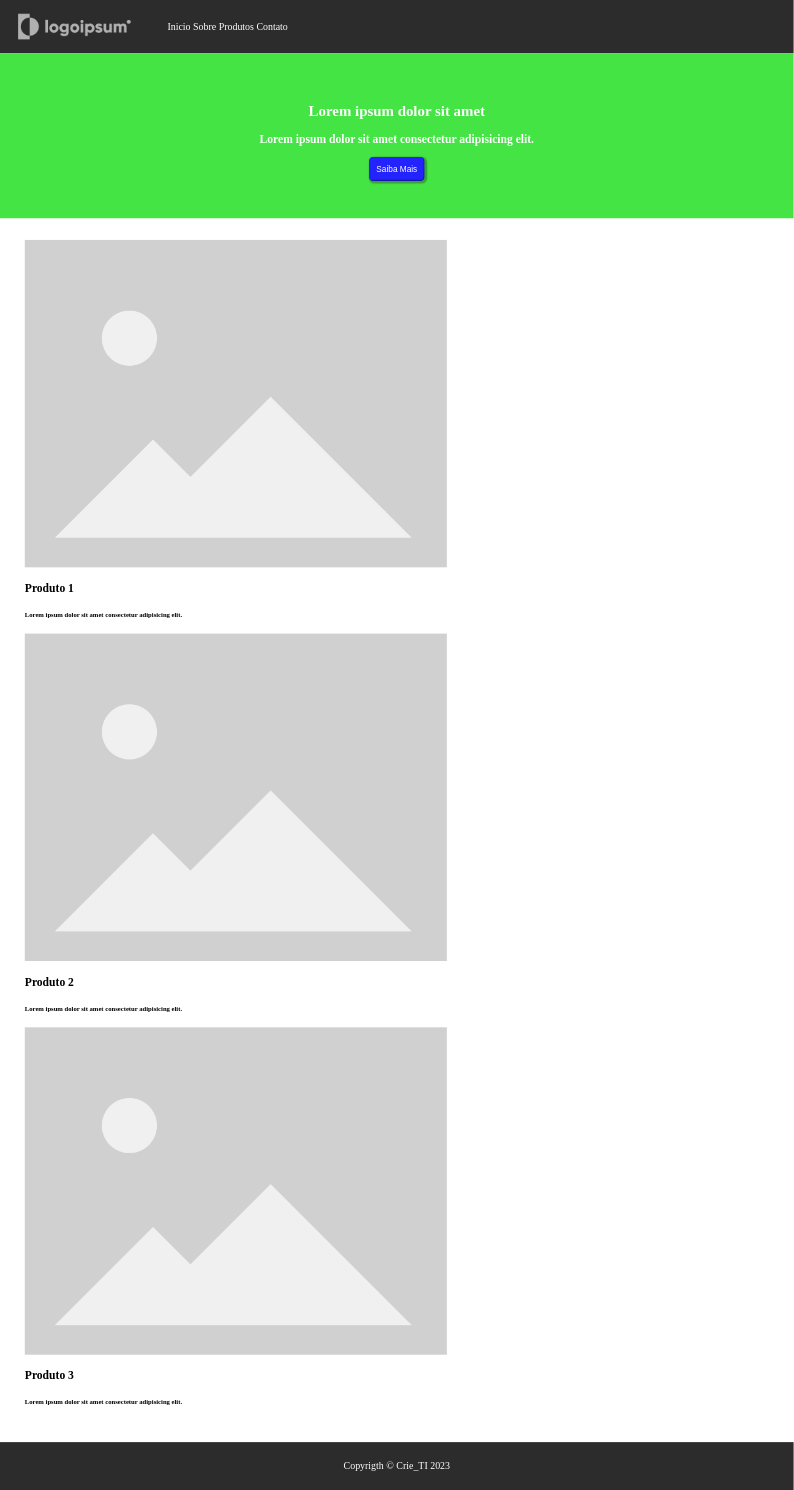
Repository: robsonwssantos/Projeto_Olaria
Page: Exercicios/ex.01/index.html
An editor plug-in stored every save of this project. The page is shown before and after the next save, followed by the edit.
The browser window is 1280 px wide. The pictures show the whole page, at 62% of full size.

Above is the page before, as saved 2023-04-21 11:10:37.

### Exercicios/ex.01/index.html
<!DOCTYPE html>
<html lang="pt-BR">
<head>
    <meta charset="UTF-8">
    <meta http-equiv="X-UA-Compatible" content="IE=edge">
    <meta name="viewport" content="width=device-width, initial-scale=1.0">
    <title>Desafio HTML-CSS</title>

    <style>
        body {
            margin: 0;
        }

        nav {
            color: #fff;
            background-color: rgb(44, 44, 44);
        }

        .lorem {
            color: #fff;
            background-color: rgb(68, 228, 68);
            text-align: center;
            padding: 60px 60px 60px 60px;
        }

        .botao {
            color: #fff;
            background-color: rgb(35, 35, 255);
            border-color: rgb(35, 35, 255);
            border-radius: 7px;
            padding: 10px 10px 10px 10px;
            box-shadow: 2px 2px 2px 2px rgba(19, 18, 18, 0.315);
        }


        header {
            display: flex;
            align-items: center;
            background-color: rgb(44, 44, 44);
            color: #fff;
            padding-left: 20px;
            padding-right: 20px;
            box-sizing: border-box;
          /*  width: 100%;
            position: absolute;
            position: fixed;
            top: 0; */
        }

        header img {
            width: 200px;
            margin-right: 50px;
        }
        .container {

                padding-top:35px;
                padding-bottom: 35px;
                padding-left: 40px;
                padding-right: 40px;
        }


        footer {
            text-align: center;
            padding-top: 30px;
            padding-bottom: 30px;
            background-color: rgb(44, 44, 44);
            color: #fff;
        }

    </style>

</head>
<body>
    <header>

        <img src="logo.png" alt="">
        <nav>
            <a>Inicio</a>
            <a>Sobre</a>
            <a>Produtos</a>
            <a>Contato</a>
        </nav>

    </header>
   <main>
        <section class="lorem">
            <div>
                <h1>Lorem ipsum dolor sit amet</h1>
                <h3>Lorem ipsum dolor sit amet consectetur adipisicing elit.</h3>
                <button class="botao">Saiba Mais</button>
            </div>
        </section>

        <section class="container" class="row">
            <div class="colum">
                <img src="placeholder.png" alt="">
                <h3>Produto 1</h3>
                <h6>Lorem ipsum dolor sit amet consectetur adipisicing elit.</h6>
            </div>
            <div class="colum">
                <img src="placeholder.png" alt="">
                <h3>Produto 2</h3>
                <h6>Lorem ipsum dolor sit amet consectetur adipisicing elit.</h6>
            </div>
            <div class="colum">
                <img src="placeholder.png" alt="">
                <h3>Produto 3</h3>
                <h6>Lorem ipsum dolor sit amet consectetur adipisicing elit.</h6>
            </div>
        </section>
   </main>

    <footer>
        Copyrigth © Crie_TI 2023
    </footer>
</body>
</html>

After the next save:
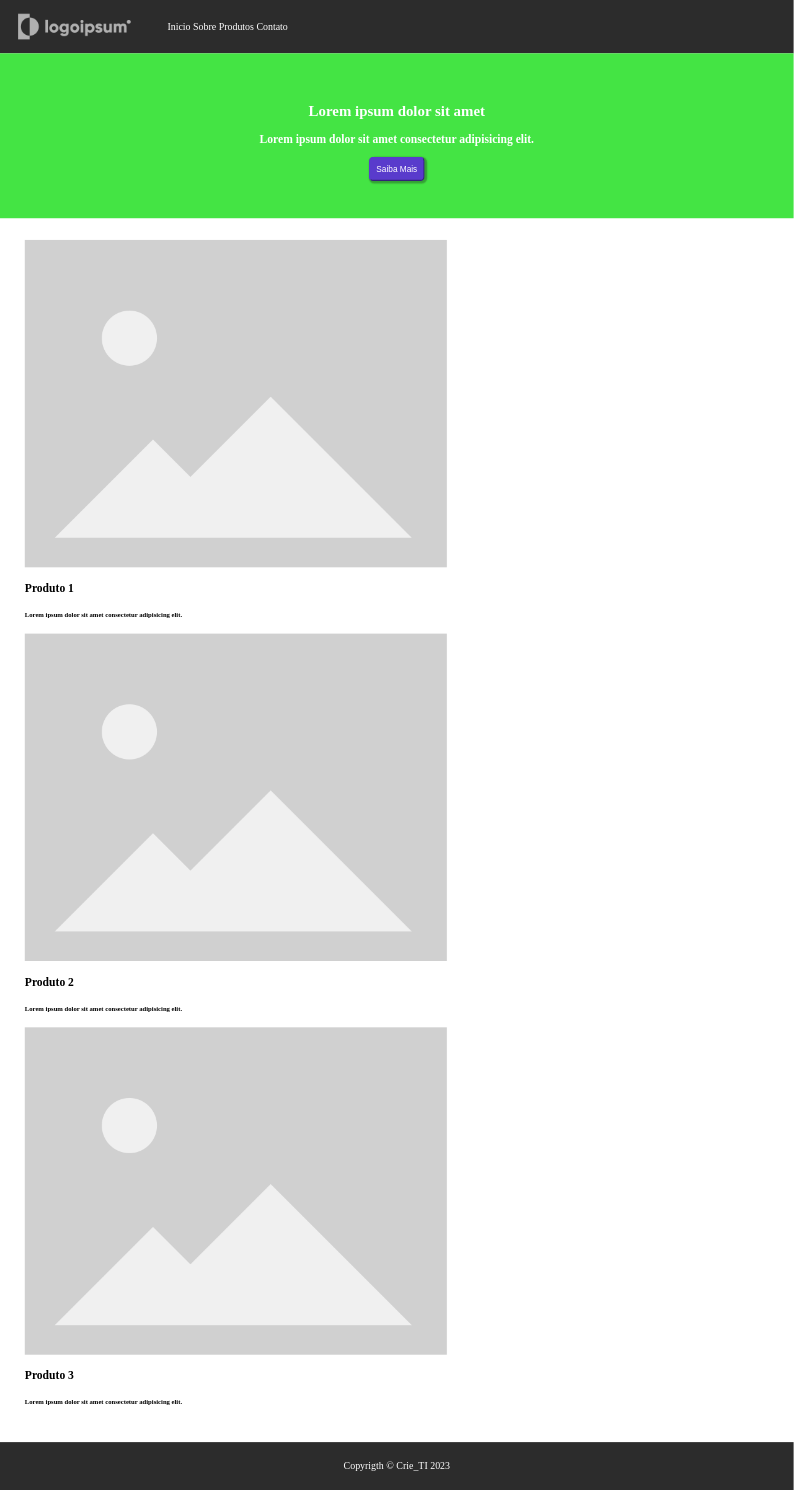
Saved 81 s later.
--- a/Exercicios/ex.01/index.html
+++ b/Exercicios/ex.01/index.html
@@ -17,6 +17,7 @@
         }
 
         .lorem {
+
             color: #fff;
             background-color: rgb(68, 228, 68);
             text-align: center;
@@ -25,8 +26,8 @@
 
         .botao {
             color: #fff;
-            background-color: rgb(35, 35, 255);
-            border-color: rgb(35, 35, 255);
+            background-color: #593BCC;
+            border-color: #593BCC;
             border-radius: 7px;
             padding: 10px 10px 10px 10px;
             box-shadow: 2px 2px 2px 2px rgba(19, 18, 18, 0.315);
